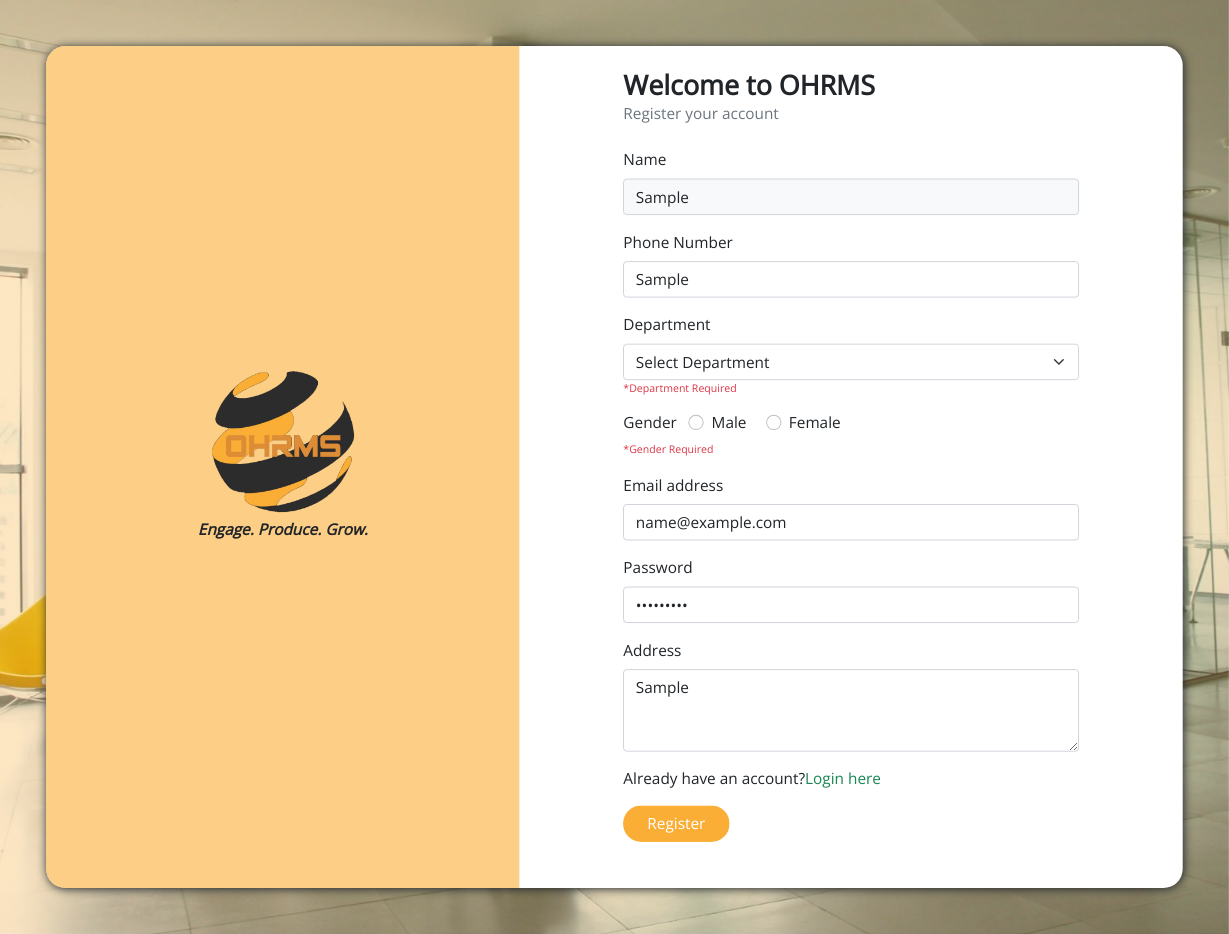
Repository: SaudCh/PHP-OHRMS
Page: http://localhost/register
An editor plug-in stored every save of this project. The page is shown before and after the next save, followed by the edit.
The browser window is 1280 px wide. The pictures show the whole page, at 96% of full size.
Empty fields were first filled with sample values (such as "Sample", 5 or name@example.com).
After loading, the first visible `form.mx-0` was submitted once.
Some web libraries are served in a nearby version. The page is run by PHP 8.4 with error messages shown; the project is at /var/www/html/.

Above is the page before, as saved 2022-06-12 01:04:53.

After the next save:
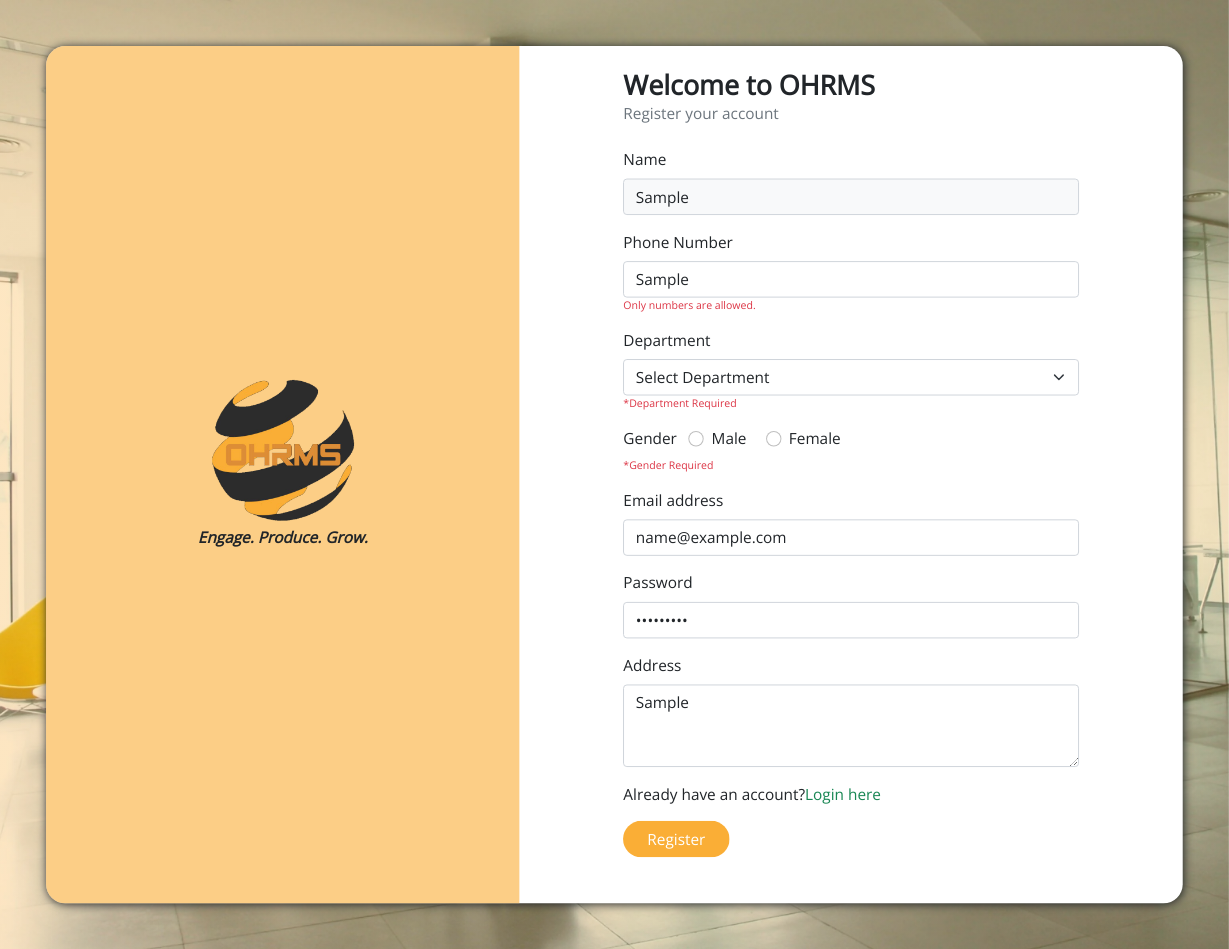
Saved 97 s later.
--- a/assets/Js/register.js
+++ b/assets/Js/register.js
@@ -25,6 +25,10 @@ function validateform() {
     if (phone == null || phone == "") {
         document.getElementById("phonerr").innerHTML = "*Phone Required";
         err = false;
+    } else if (/^[0-9+]+$/.test(phone) === false) {
+        document.getElementById("phonerr").innerHTML = "Only numbers are allowed."
+    } else if (phone.length < 11) {
+        document.getElementById("phonerr").innerHTML = "Phone Number must be 11 digits."
     } else {
         document.getElementById("phonerr").innerHTML = "";
     }
